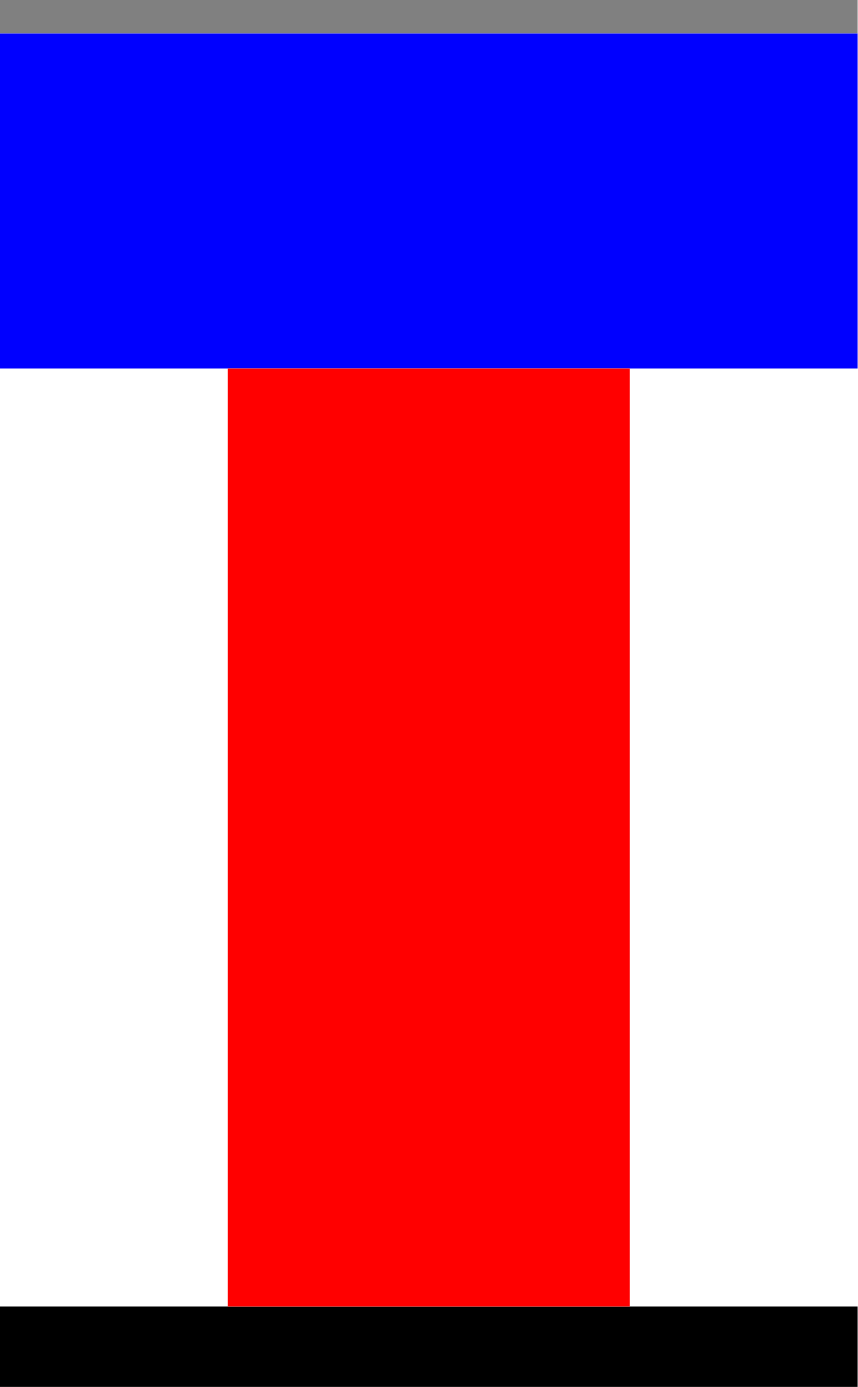
Repository: yukito7878/HTML-CSS-practice
Page: caravan/index.html
The author's editor kept a record of every edit. The page is drawn from the files as they stood at one moment, then again after the next edit.
The browser window is 1280 px wide. The pictures show the whole page, at 67% of full size.

Above is the page before.

After the next edit:
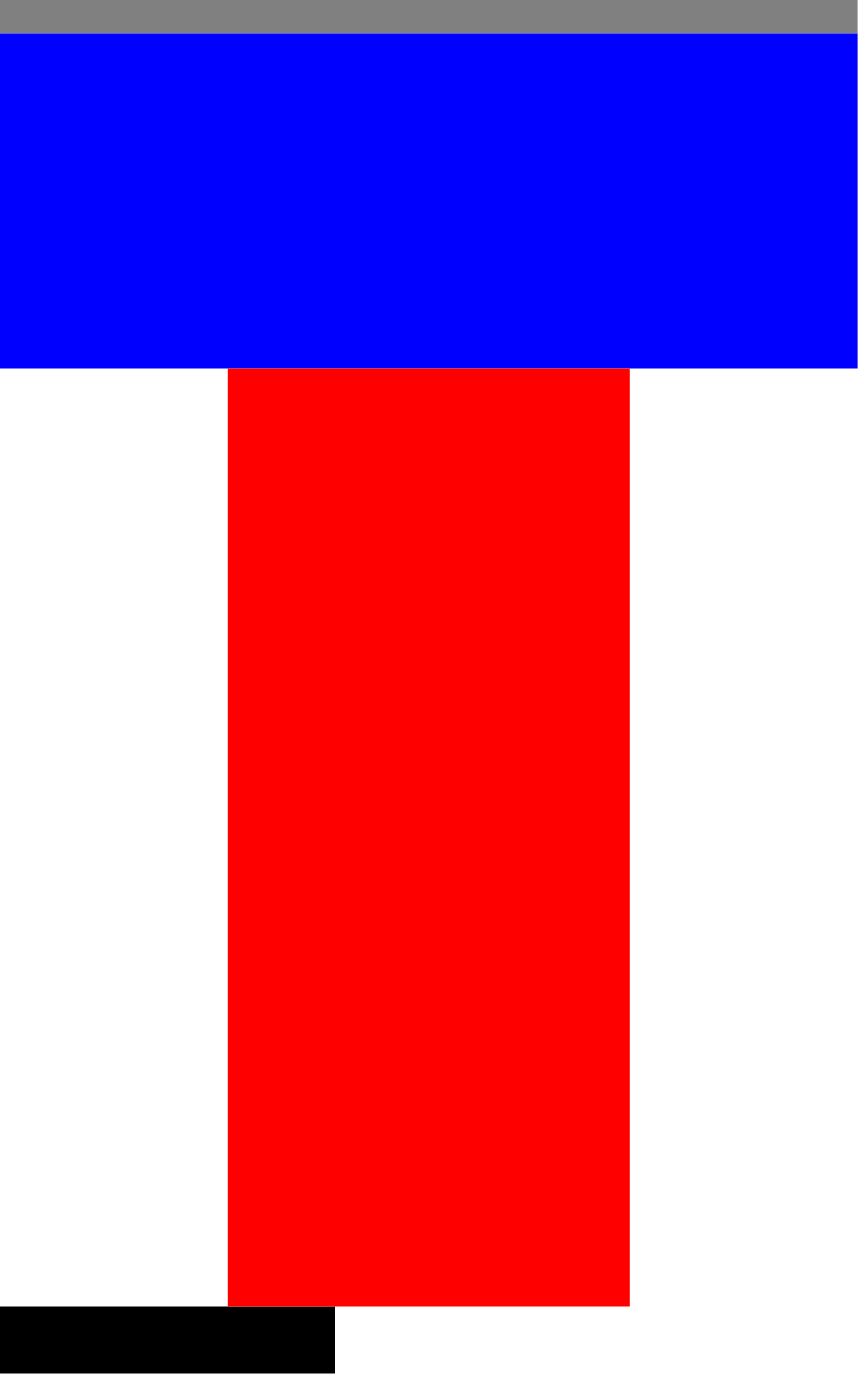
The edit:
--- a/caravan/style1.css
+++ b/caravan/style1.css
@@ -30,13 +30,8 @@
   background-color: red;
 }
 
-.sidebar{
-  width: 240px;
-  height: 1400px;
-  background-color: silver;
-}
 .footer{
-  width: 100%;
-  height: 120px;
+  width: 500px;
+  height: 100px;
   background-color: black;
 }
